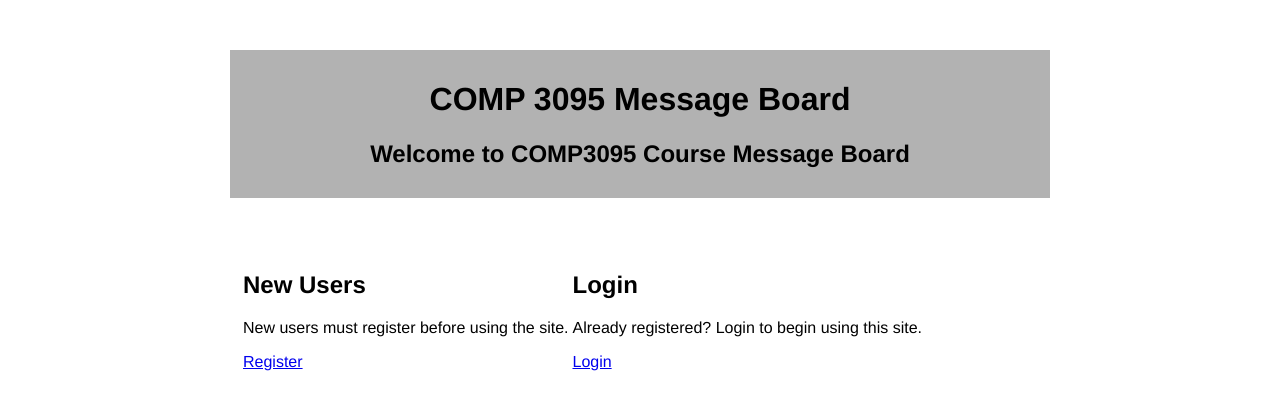
Repository: JesseFo/Whitespace
Page: whitespace/WebContent/WEB-INF/index.html
The author's editor kept a copy of each file at every save. The page is drawn from the files as they stood at one save, then again after the next save.
The browser window is 1280 px wide. The pictures show the whole page.

Above is the page before, as saved 2015-10-14 02:53:50.

After the next save:
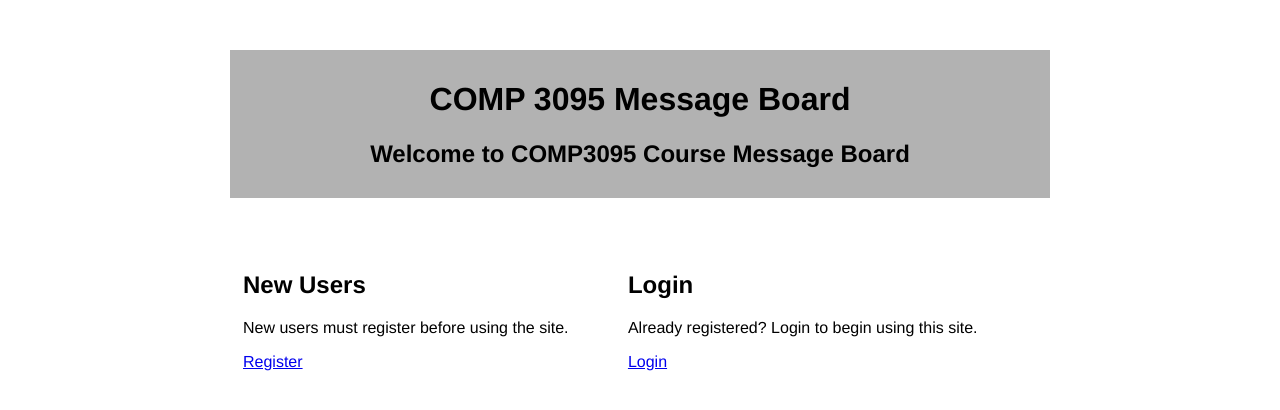
Saved 88 s later.
--- a/whitespace/WebContent/WEB-INF/index.css
+++ b/whitespace/WebContent/WEB-INF/index.css
@@ -16,3 +16,7 @@
 	width: 800px;
 	margin: 0px auto 15px;
 }
+
+#content > table{
+	width: 100%;
+}
